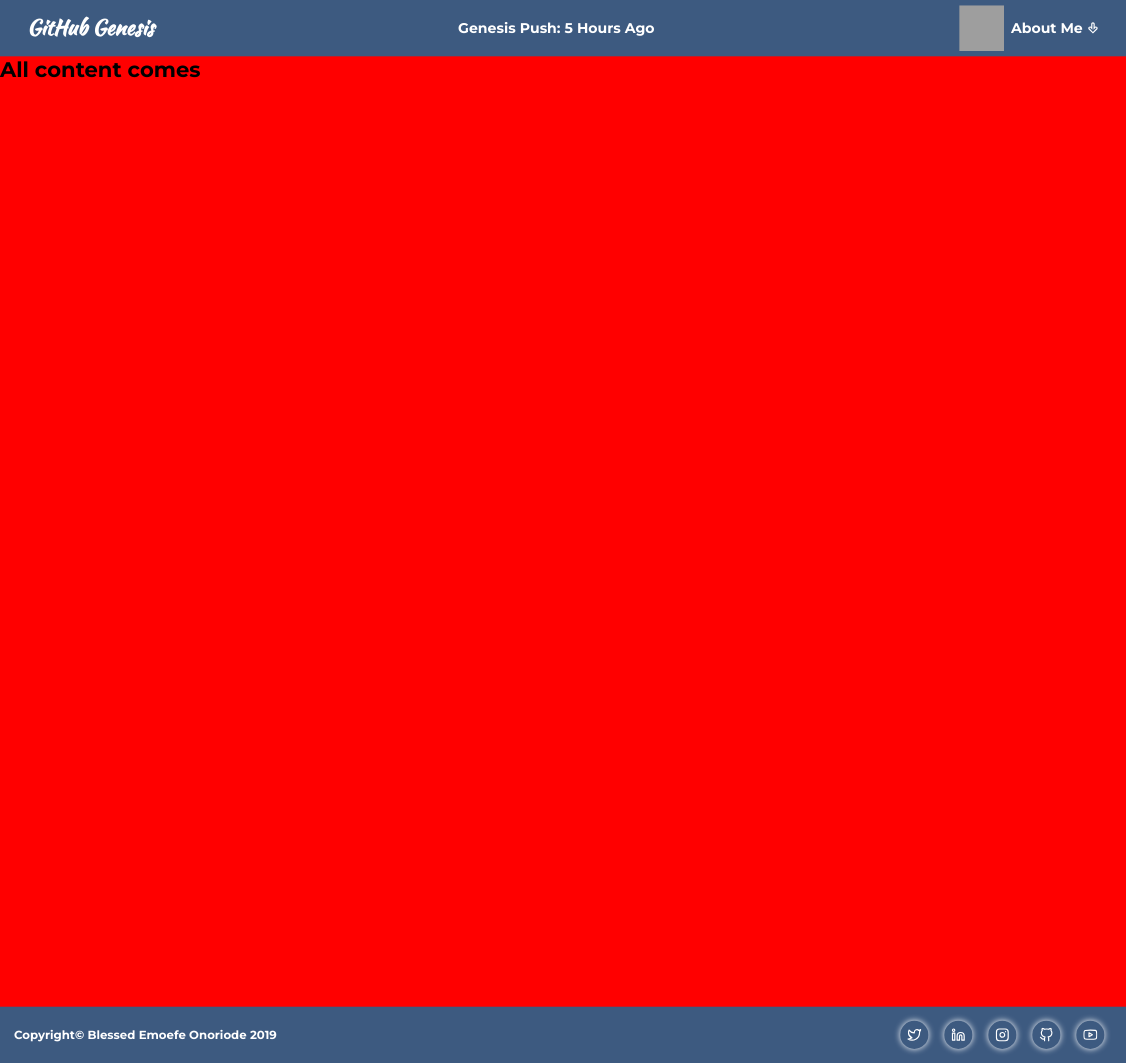
Repository: BlessedEmoefe/github-genesis
Page: /
The author's editor kept a copy of each file at every save. The page is drawn from the files as they stood at one save, then again after a run of saves.
The browser window is 1280 px wide. The pictures show the whole page, at 88% of full size.
Pictures or frames that could not be fetched are drawn as grey boxes. The project was rebuilt for these pictures with package versions that can differ from the ones it lists, and the page was loaded fresh each time.

Above is the page before, as saved 2021-04-04 22:29:58.

After the next 3 saves:
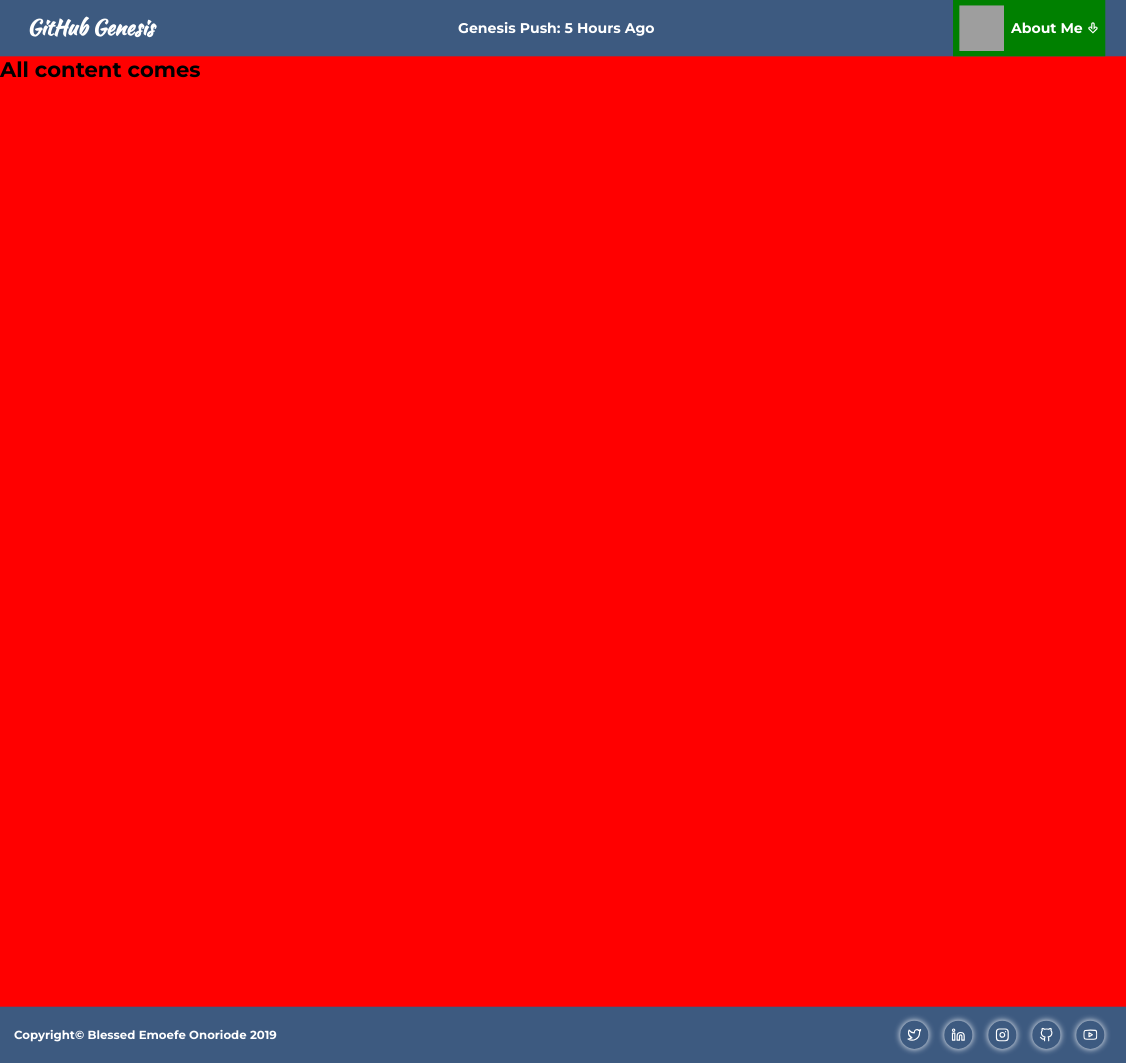
The 3 saves are shown as one change because they came seconds apart.
The last was saved 15 s later.
--- a/src/component/profile/styles.js
+++ b/src/component/profile/styles.js
@@ -5,6 +5,7 @@ export const ProfileStyles = styled.div`
   height: 100%;
   width: max-content;
   padding:0.4rem;
+  background:green;
   cursor: pointer;
   .aboutContainer {
      z-index: 3;
